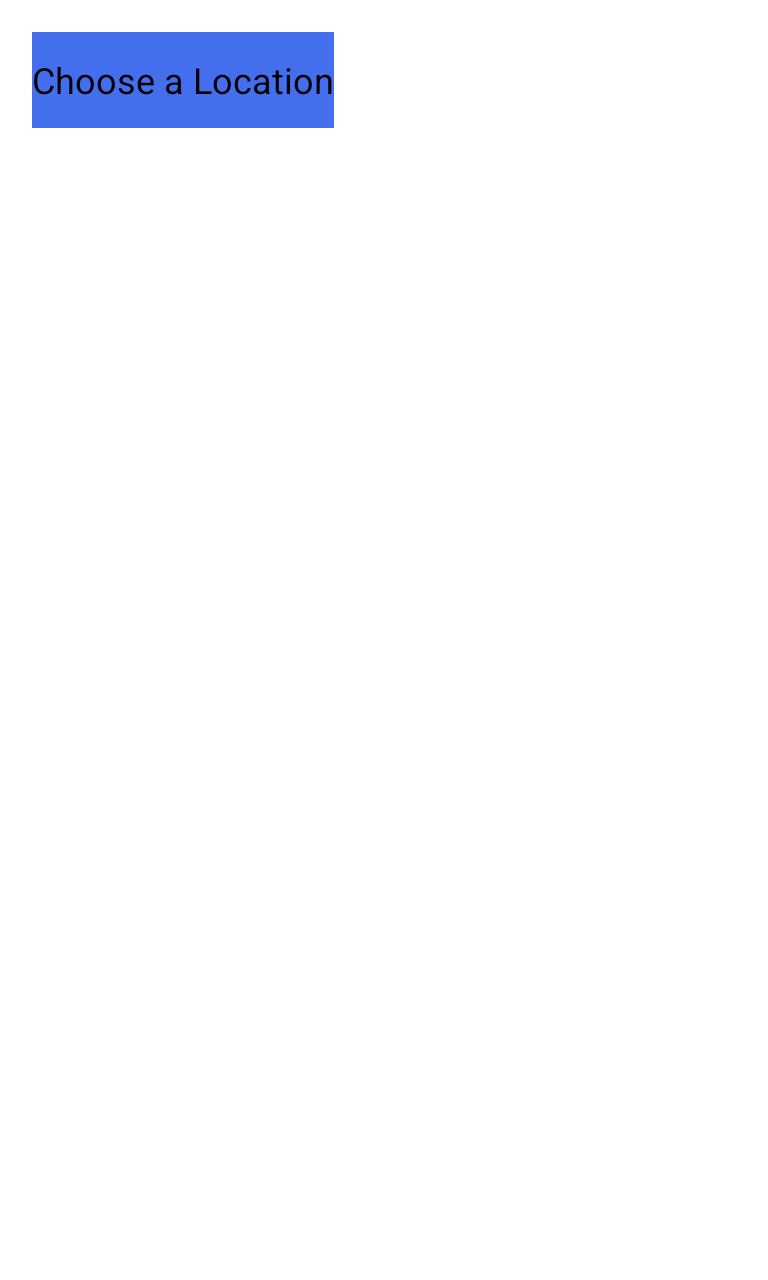
Repository: achyutreddy24/RunnerAndroidApp
Layout: Runner/res/layout/activity_main.xml
These files come from the project's save history. The layout is drawn as it stood at one moment and after a run of saves; the edit follows.
It is drawn on a 768 x 1280 px phone screen (xhdpi) without system bars, with theme AppTheme; the app's code is not run.

Above is the layout before, as saved 2014-10-12 06:31:58.

After the next 2 saves:
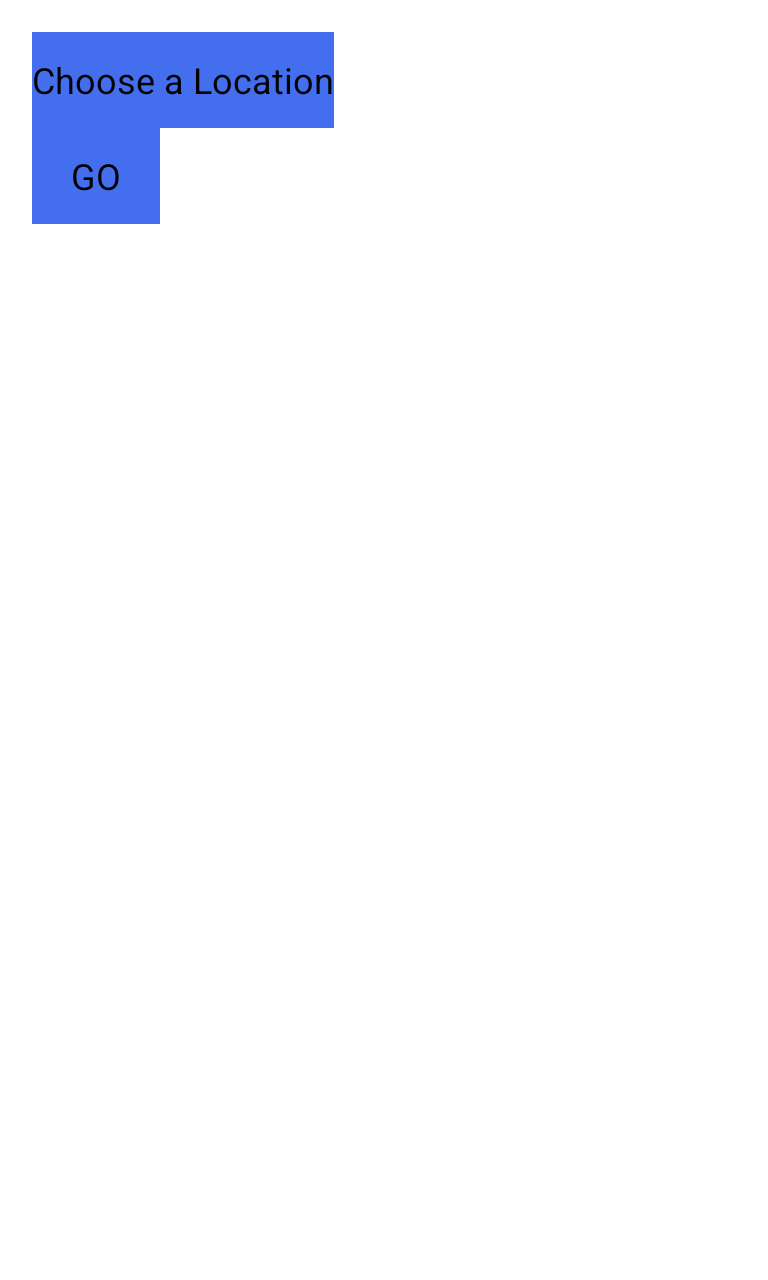
The 2 saves are shown as one change because 1 did not build or start.
The last was saved 27 s later.
--- a/Runner/res/layout/activity_main.xml
+++ b/Runner/res/layout/activity_main.xml
@@ -1,8 +1,8 @@
 <LinearLayout xmlns:android="http://schemas.android.com/apk/res/android"
-    android:orientation="vertical"
     xmlns:tools="http://schemas.android.com/tools"
     android:layout_width="match_parent"
     android:layout_height="match_parent"
+    android:orientation="vertical"
     android:paddingBottom="@dimen/activity_vertical_margin"
     android:paddingLeft="@dimen/activity_horizontal_margin"
     android:paddingRight="@dimen/activity_horizontal_margin"
@@ -13,7 +13,6 @@
         android:layout_width="fill_parent"
         android:layout_height="wrap_content" >
 
-
         <Button
             android:layout_width="wrap_content"
             android:layout_height="wrap_content"
@@ -21,7 +20,9 @@
             android:text="@string/button_Location" />
     </LinearLayout>
 
-    <LinearLayout>
+    <LinearLayout
+        android:layout_width="fill_parent"
+        android:layout_height="wrap_content" >
 
         <Button
             android:layout_width="wrap_content"
